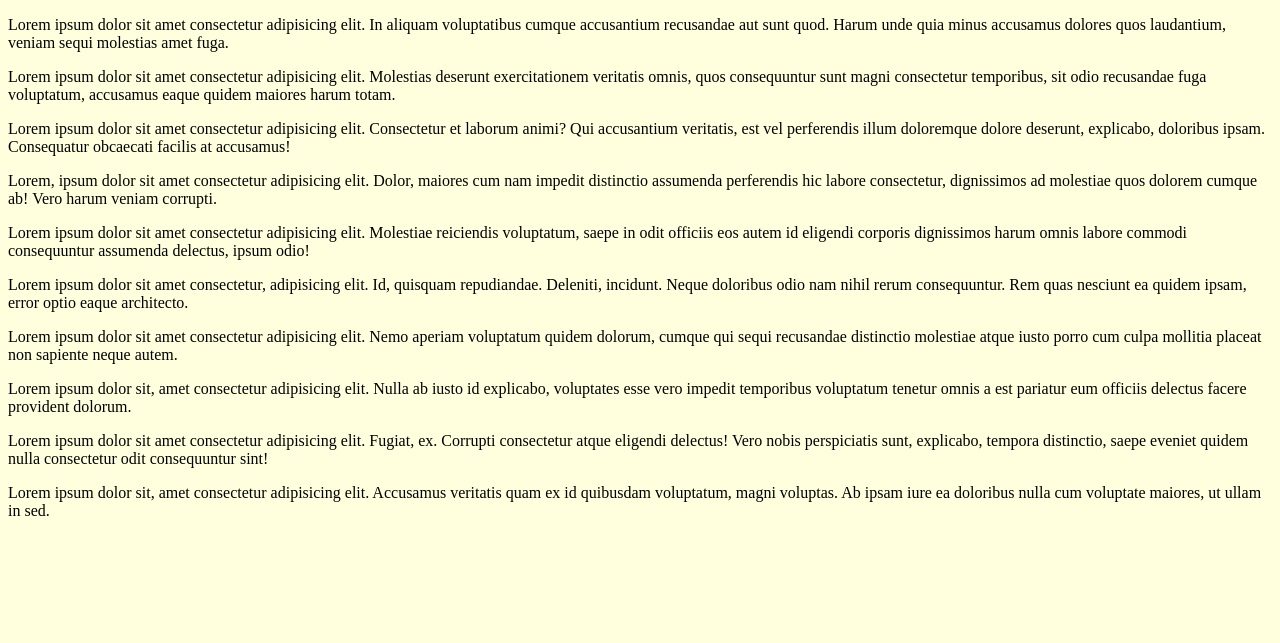
Repository: HTML-a-CSS-2/projekt-portfolio-Angelina555555
Page: .github/index.html
An editor plug-in stored every save of this project. The page is shown before and after the next save, followed by the edit.
The browser window is 1280 px wide. The pictures show the whole page.

Above is the page before, as saved 2022-05-07 22:05:41.

After the next save:
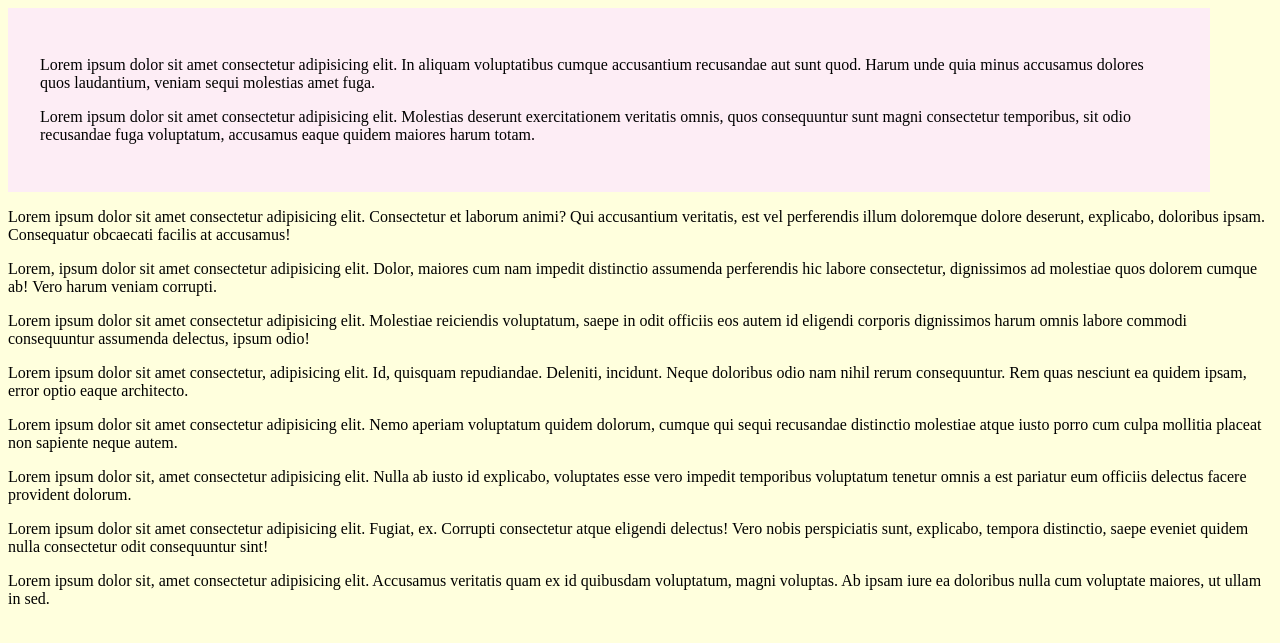
Saved 7 s later.
--- a/.github/default.css
+++ b/.github/default.css
@@ -2,7 +2,7 @@ body {
   background-color: #ffffdd;
 }
 
-.blok {
+.menu {
   width: 90%;
   background-color: #fdedf5;
   padding: 2rem;
